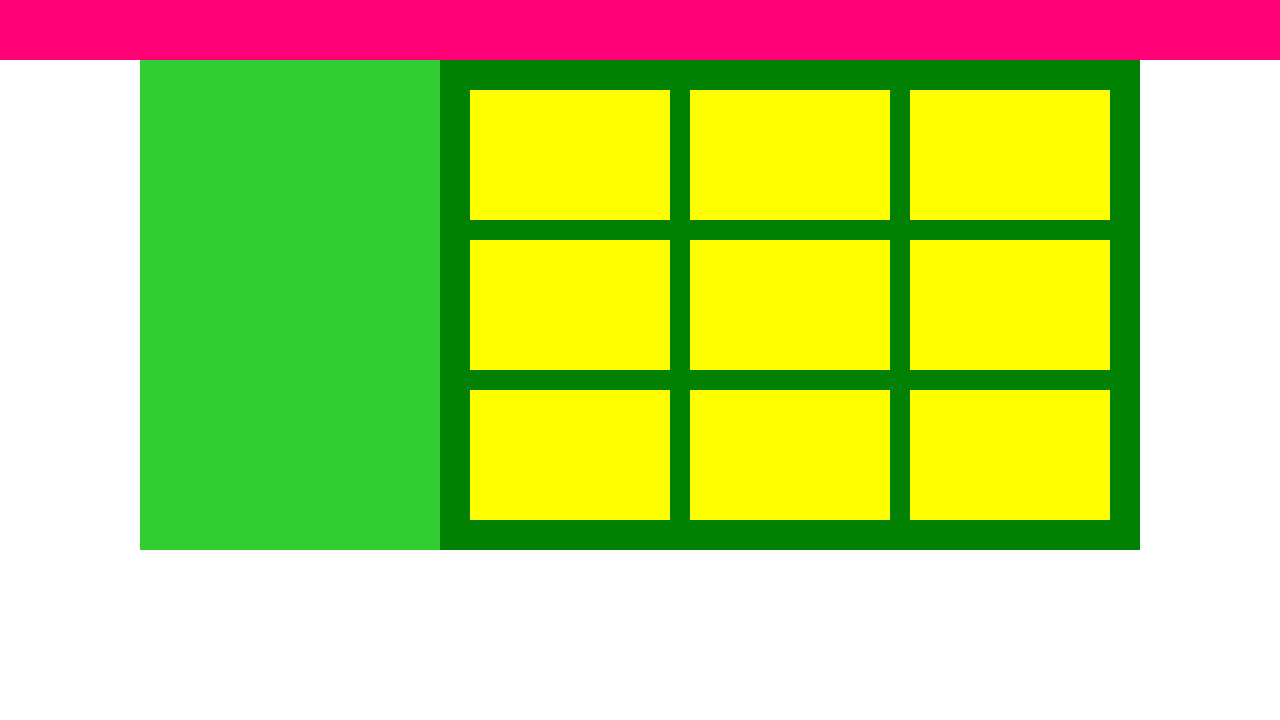
Repository: tkikokiko/webcamp-practice
Page: 1-flex/index-flex.html
The author's editor kept a record of every edit. The page is drawn from the files as they stood at one moment, then again after the next edit.
The browser window is 1280 px wide. The pictures show the whole page.

Above is the page before.

### 1-flex/index-flex.html
<!DOCTYPE html>
<html lang="ja">
  <head>
    <meta charset="UTF-8" />
    <link rel="stylesheet" href="style-flex.css" />
    <title>kadai1-flex</title>
  </head>

  <body>
    <header>
      <div class="header-item"></div>
      <div class="header-item"></div>
      <div class="header-item"></div>
      <div class="header-item"></div>
      <div class="header-item"></div>
    </header>

    <main>
      <div class="main-left"></div>
      <div class="main-right">
        <div class="main-box"></div>
        <div class="main-box"></div>
        <div class="main-box"></div>
        <div class="main-box"></div>
        <div class="main-box"></div>
        <div class="main-box"></div>
        <div class="main-box"></div>
        <div class="main-box"></div>
        <div class="main-box"></div>
      </div>
    </main>
  </body>
</html>

### 1-flex/style-flex.css
* {
  margin: 0;
  padding: 0;
  box-sizing: border-box;
}

header {
  width: 100%;
  padding: 30px 20px;
  background-color: #ff0077;
  display: flex;
  justify-content: flex-end;
}

.header-box {
  height: 70px;
  flex-basis: 140px;
  margin: 0 10px;
  background-color: pink;
}

.header-box:first-child {
  margin-right: auto;
}

main {
  display: flex;
  justify-content: center;
}

.main-left {
  width: 300px;
  background-color: limegreen;
}

.main-right {
  max-width: 700px;
  padding: 20px;
  background-color: green;
  display: flex;
  flex-grow: 1;
  flex-wrap: wrap;
}

.main-box {
  height: 130px;
  flex-basis: 200px;
  margin: 10px;
  background-color: yellow;
}

footer {
  width: 100%;
  padding: 20px;
  background-color: blue;
  display: flex;
  flex-wrap: wrap;
}

.footer-box {
  flex-basis: 45%;
  max-width:600px;
  height: 40px;
  margin: 10px;
  background-color: #a9ceec;
}

After the next edit:
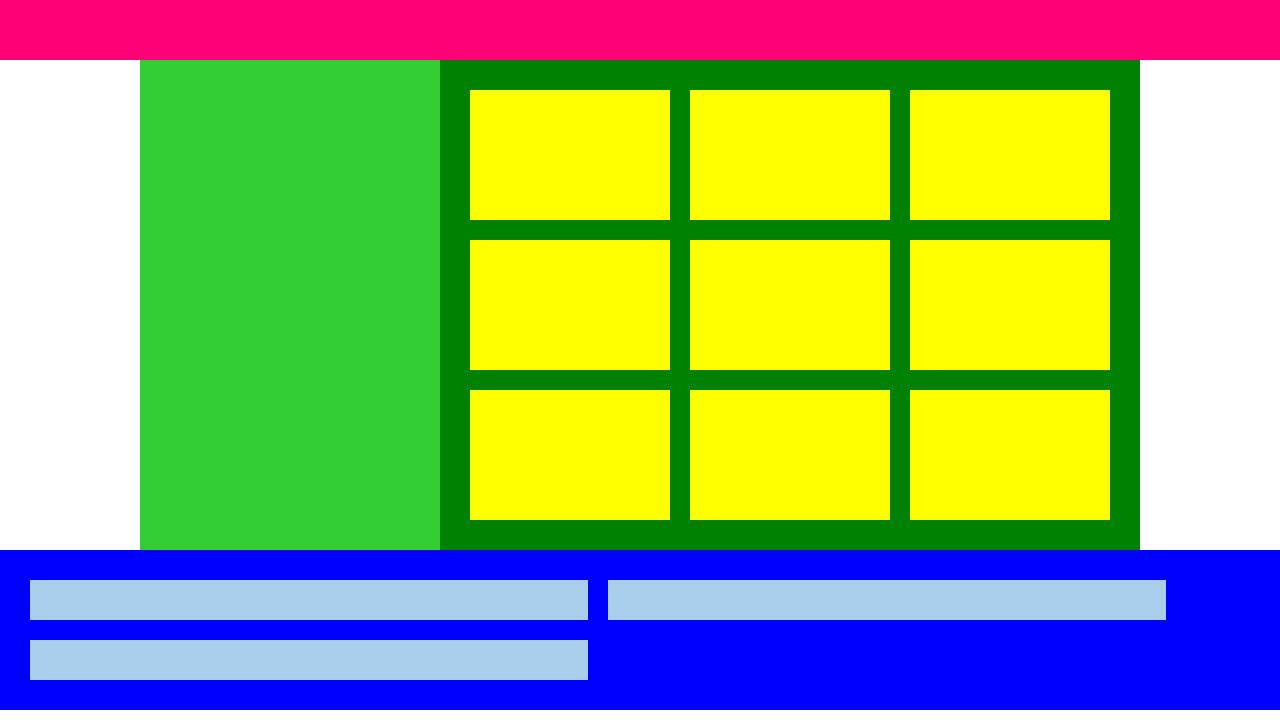
The edit:
--- a/1-flex/index-flex.html
+++ b/1-flex/index-flex.html
@@ -29,5 +29,11 @@
         <div class="main-box"></div>
       </div>
     </main>
+
+    <footer>
+      <div class="footer-box"></div>
+      <div class="footer-box"></div>
+      <div class="footer-box"></div>
+    </footer>
   </body>
 </html>
